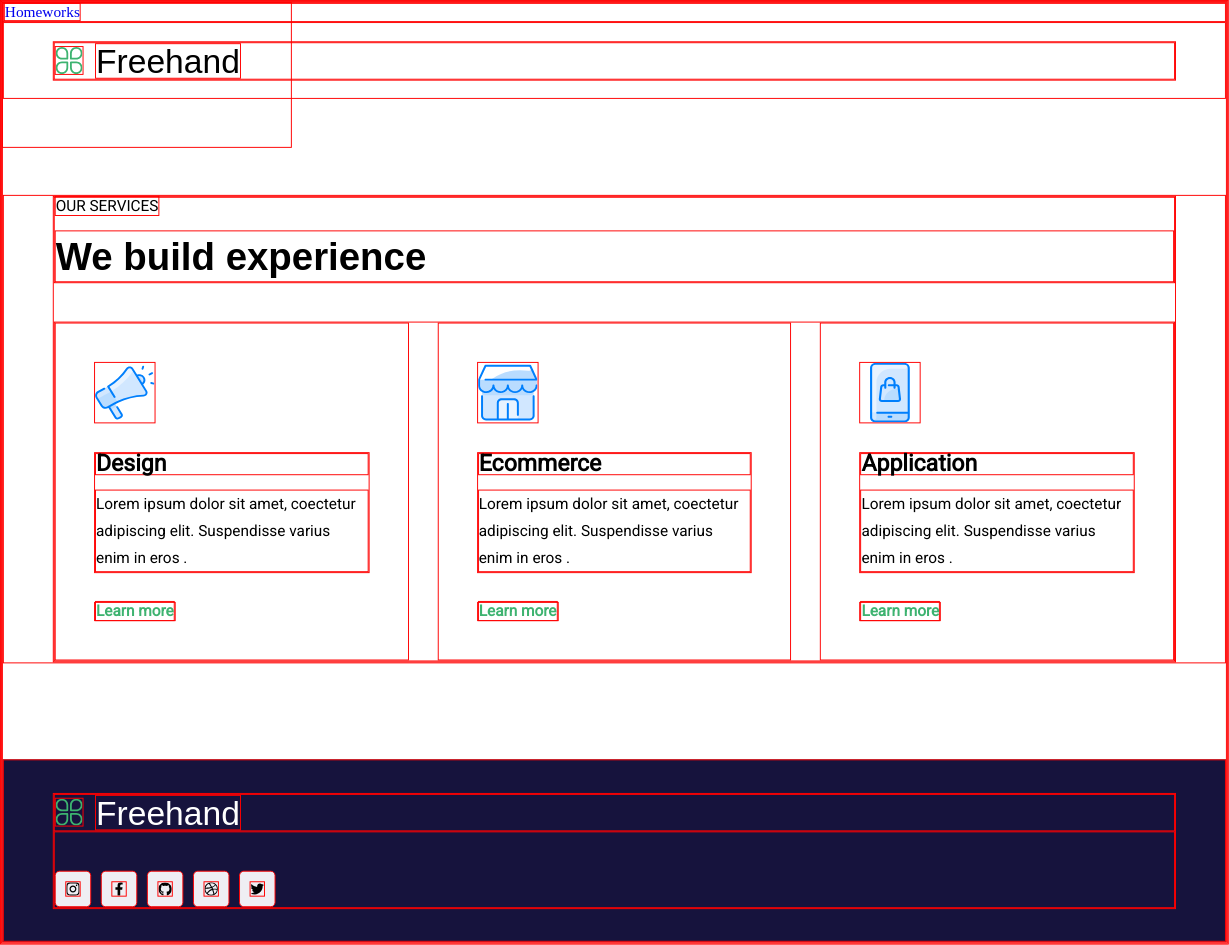
Repository: Tsiniavska/beetroot-test-project
Page: Homeworks/svg/index.html
An editor plug-in stored every save of this project. The page is shown before and after the next save, followed by the edit.
The browser window is 1280 px wide. The pictures show the whole page, at 96% of full size.
Some web fonts or font styles are not loaded; a fallback is used.

Above is the page before, as saved 2024-02-28 22:55:32.

After the next save:
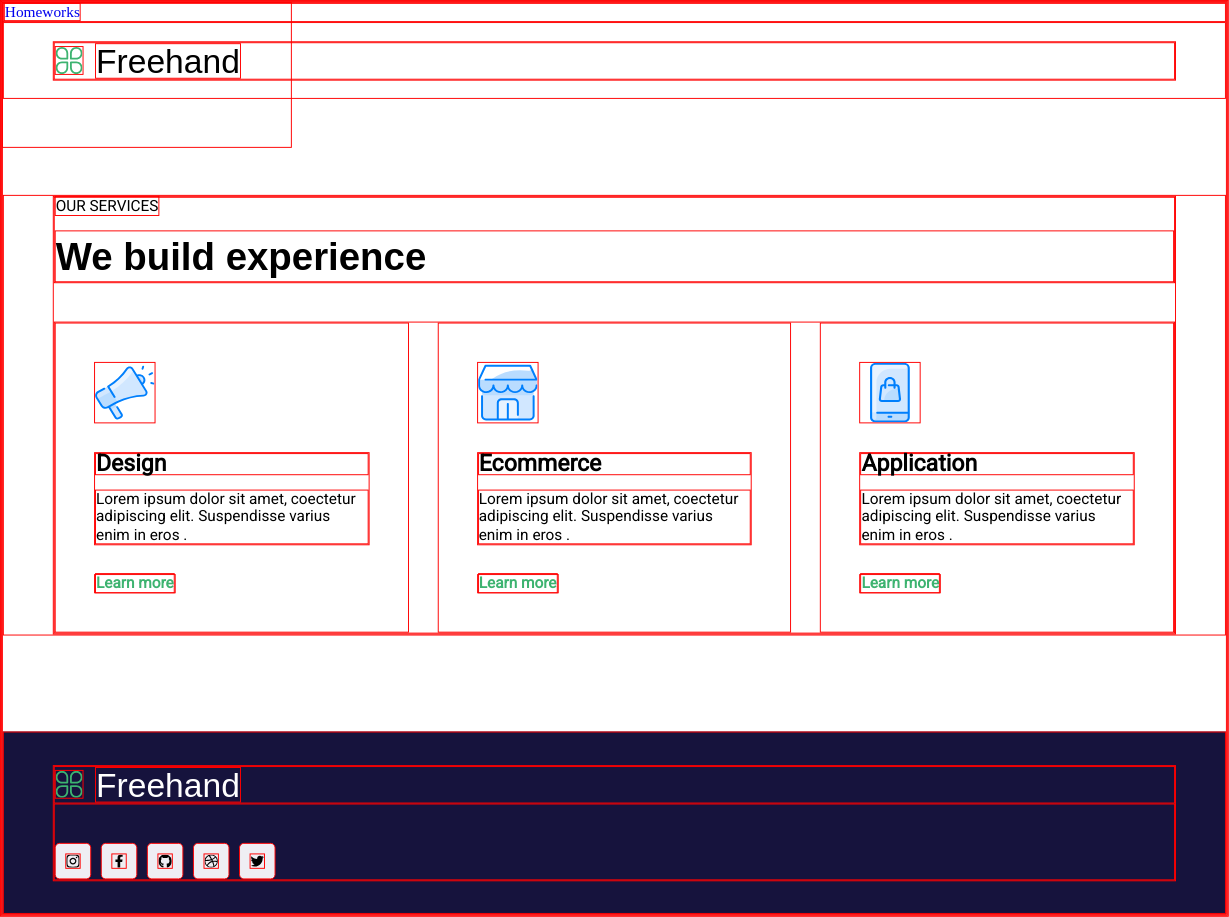
Saved 44 s later.
--- a/Homeworks/svg/index.css
+++ b/Homeworks/svg/index.css
@@ -68,7 +68,7 @@
 
 .content-blocks-item-text {
   font-family: var(--f-text);
-  line-height: 28px;
+  /* line-height: 28px; */
 }
 
 .content-blocks-item-title {
